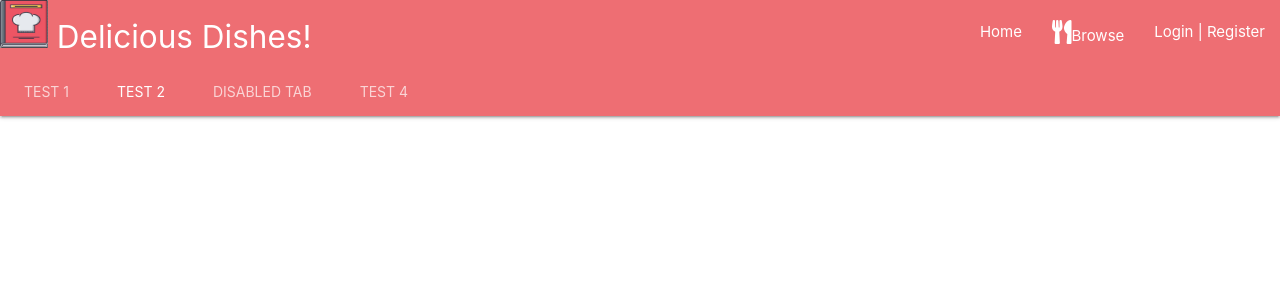
Repository: hebs87/cookbook-milestone-project-three
Page: http://localhost/
The author's editor kept a record of every edit. The page is drawn from the files as they stood at one moment, then again after the next edit.
The browser window is 1280 px wide. The pictures show the whole page.
Some web libraries are served in a nearby version. The page is served by the project's application, run on Flask 3 (app.py).

Above is the page before.

After the next edit:
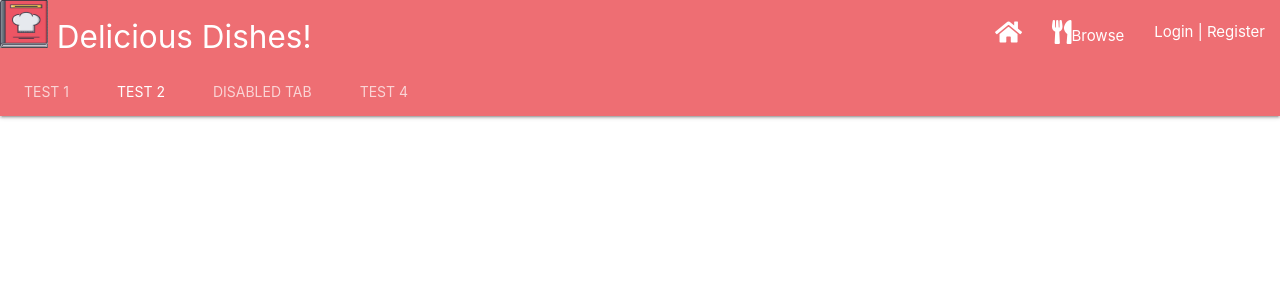
The edit:
--- a/templates/base.html
+++ b/templates/base.html
@@ -32,7 +32,7 @@
             <ul id="nav-mobile" class="right hide-on-med-and-down">
                 <li>
                     <a href="#">
-                        Home
+                        <i class="fas fa-home"></i>
                     </a>
                 </li>
                 <li>
